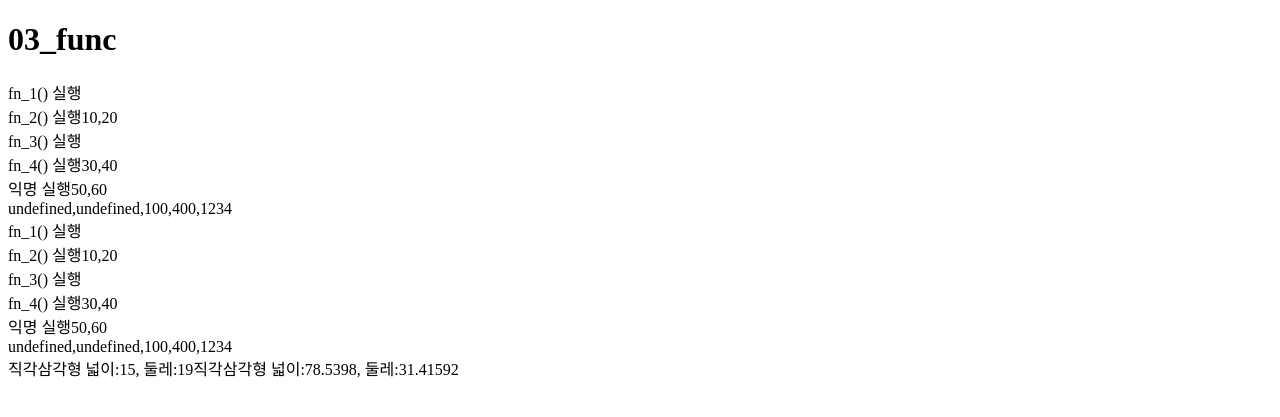
Repository: psun2/Korea-IT-Academy
Page: (back up) _ 오전/study_a/web_work/scriptProj/WebContent/array/03_func.html
The author's editor kept a copy of each file at every save. The page is drawn from the files as they stood at one save, then again after the next save.
The browser window is 1280 px wide. The pictures show the whole page.

Above is the page before, as saved 2020-08-03 02:49:17.

### (back up) _ 오전/study_a/web_work/scriptProj/WebContent/array/03_func.html
<!DOCTYPE html>
<html>
<head>
<meta charset="UTF-8">
<title>03_func</title>
</head>
<body>
<h1>03_func</h1>
<script>
	function fn_1(){
		document.write("fn_1() 실행<br>")
	}

	function fn_2(aa,bb){
		document.write("fn_2() 실행"+aa+","+bb+"<br>")
	}

	function fn_3(){
		document.write("fn_3() 실행<br>")
		return 100
	}

	function fn_4(aa,bb){
		document.write("fn_4() 실행"+aa+","+bb+"<br>")
		return 400
	}

	var aa = function(aa,bb){
		document.write("익명 실행"+aa+","+bb+"<br>")
		return 1234
	}

	var r1 = fn_1()
	var r2 = fn_2(10,20)
	var r3 = fn_3()
	var r4 = fn_4(30,40)
	var r5 = aa(50,60)

	document.write(r1+","+r2+","+r3+","+r4+","+r5+"<br>")

	var f1 = fn_1
	var f2 = fn_2
	var f3 = fn_3
	var f4 = fn_4
	var bb = aa

	var rr1 = f1()
	var rr2 = f2(10,20)
	var rr3 = f3()
	var rr4 = f4(30,40)
	var rr5 = bb(50,60)

	document.write(rr1+","+rr2+","+rr3+","+rr4+","+rr5+"<br>")


	function triangle(w, h, l){
		var area = w*h /2
		var border = w+h+l
		document.write("직각삼각형  넓이:"+area+", 둘레:"+border)
	}
	function circle(r){
		var pi = 3.141592
		var area = r*r*pi
		var border = r*2*pi
		document.write("직각삼각형  넓이:"+area+", 둘레:"+border)
	}

	triangle(5,6,8)
	circle(5)

</script>
</body>
</html>

After the next save:
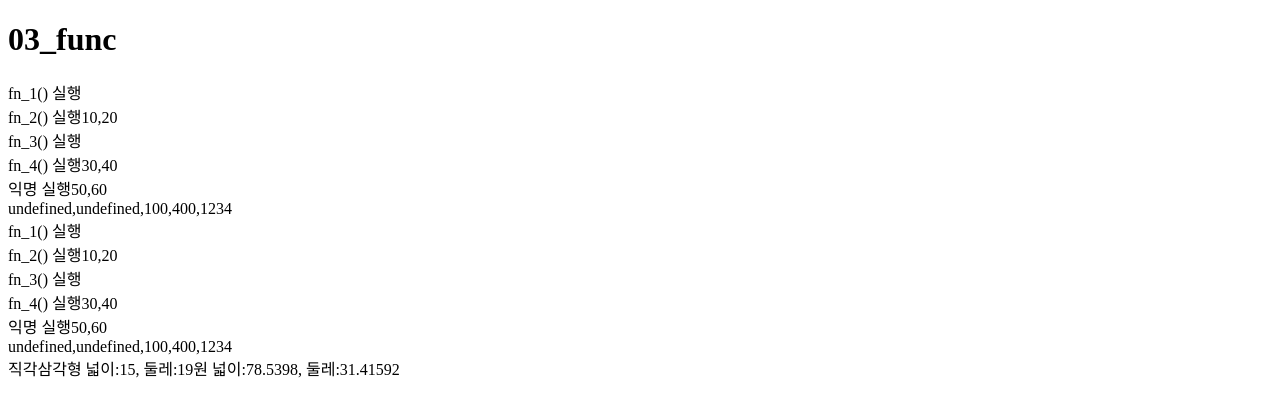
Saved 6 s later.
--- a/(back up) _ 오전/study_a/web_work/scriptProj/WebContent/array/03_func.html
+++ b/(back up) _ 오전/study_a/web_work/scriptProj/WebContent/array/03_func.html
@@ -62,7 +62,7 @@
 		var pi = 3.141592
 		var area = r*r*pi
 		var border = r*2*pi
-		document.write("직각삼각형  넓이:"+area+", 둘레:"+border)
+		document.write("원  넓이:"+area+", 둘레:"+border)
 	}
 
 	triangle(5,6,8)
